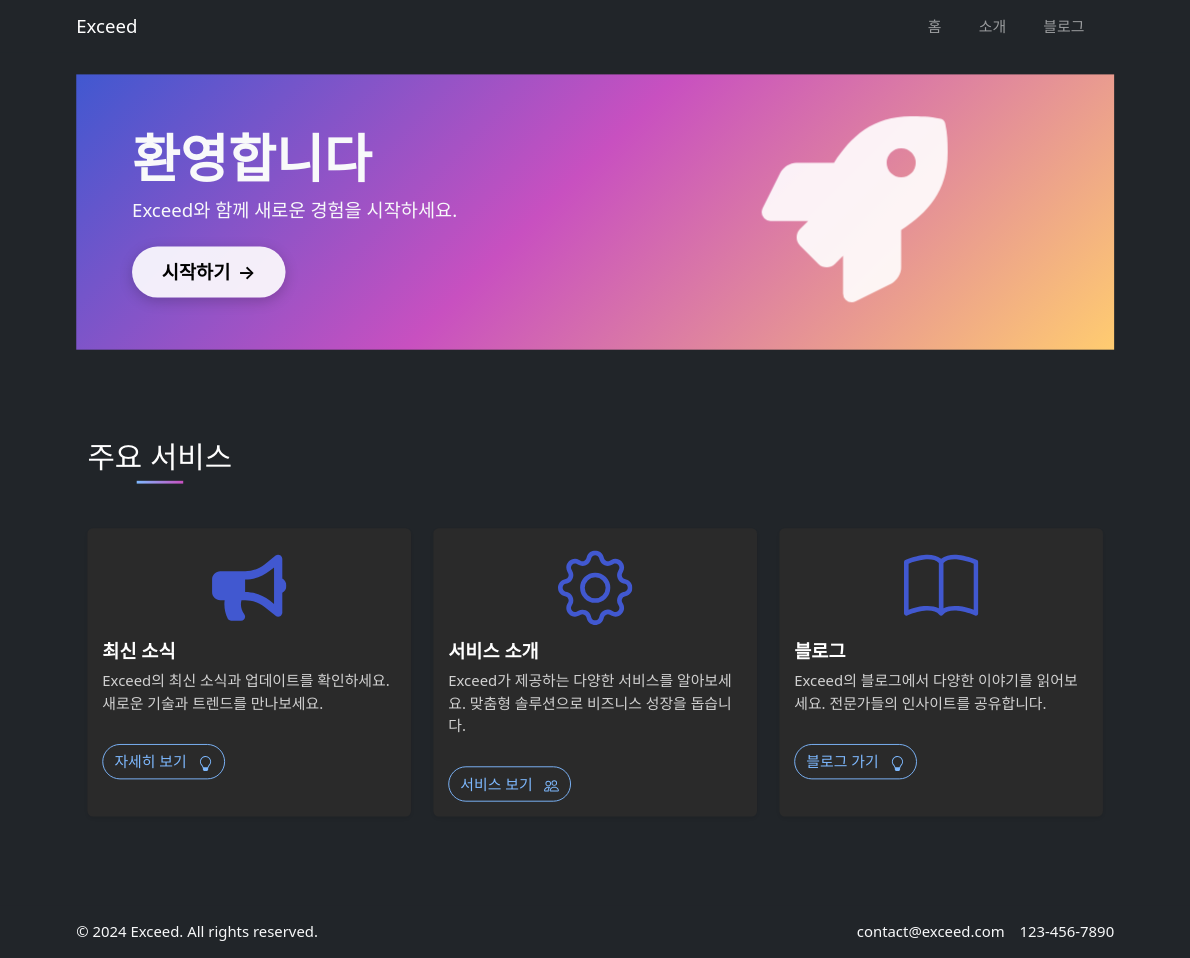
Repository: somej-123/exceed
Page: /
These files come from the project's save history. The page is drawn as it stood at one moment and after the next save; the edit follows.
The browser window is 1280 px wide. The pictures show the whole page, at 93% of full size.
The project was rebuilt for these pictures with package versions that can differ from the ones it lists, and the page was loaded fresh each time. Also part of the build but not shown: vite.config.ts, src/pages/Info.tsx, src/pages/Blog.tsx.

Above is the page before, as saved 2025-03-23 20:09:02.

After the next save:
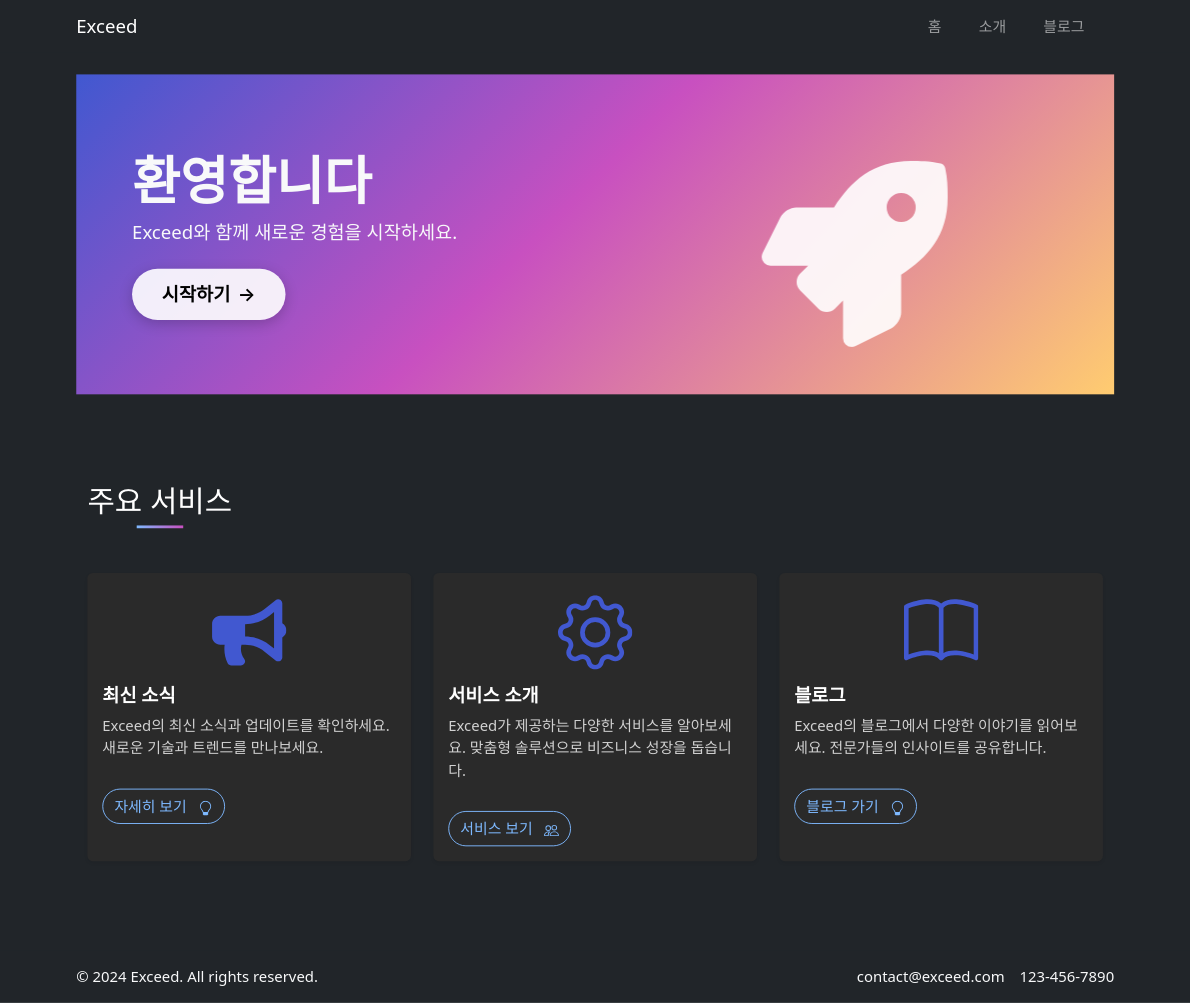
Saved 32 s later.
--- a/src/pages/Home.tsx
+++ b/src/pages/Home.tsx
@@ -30,7 +30,7 @@
                 </Button> */}
               </div>
             </Col>
-            <Col md={6} className="text-center">
+            <Col md={6} className="text-center mt-sm-5">
               <FaRocket size={200} className="hero-icon" />
             </Col>
           </Row>

After the 3 saves that followed:
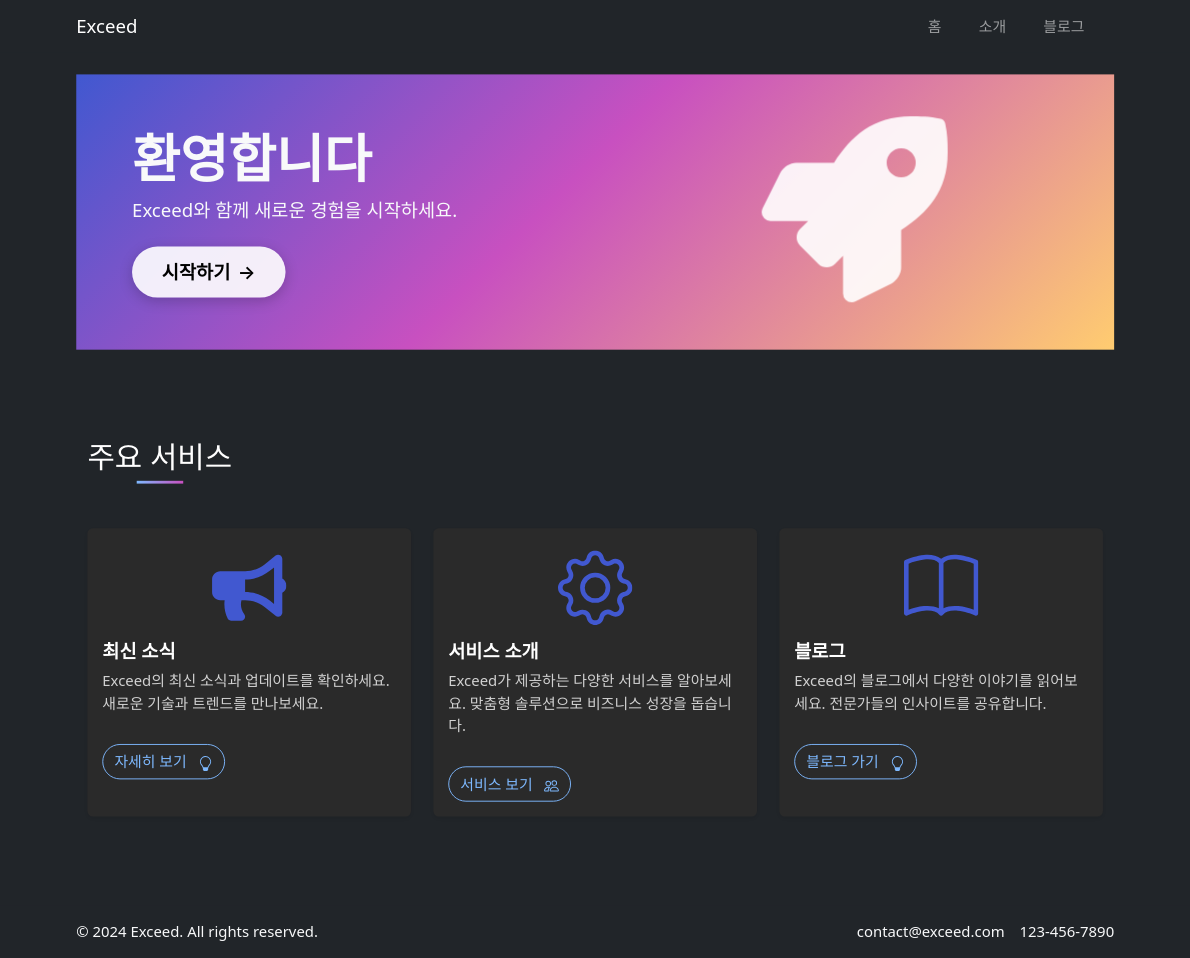
The 3 saves are shown as one change because 2 left the picture as it was.
The last was saved 57 s later.
--- a/src/pages/Home.tsx
+++ b/src/pages/Home.tsx
@@ -30,7 +30,7 @@
                 </Button> */}
               </div>
             </Col>
-            <Col md={6} className="text-center mt-sm-5">
+            <Col md={6} className="text-center pt-5 pt-md-0">
               <FaRocket size={200} className="hero-icon" />
             </Col>
           </Row>
